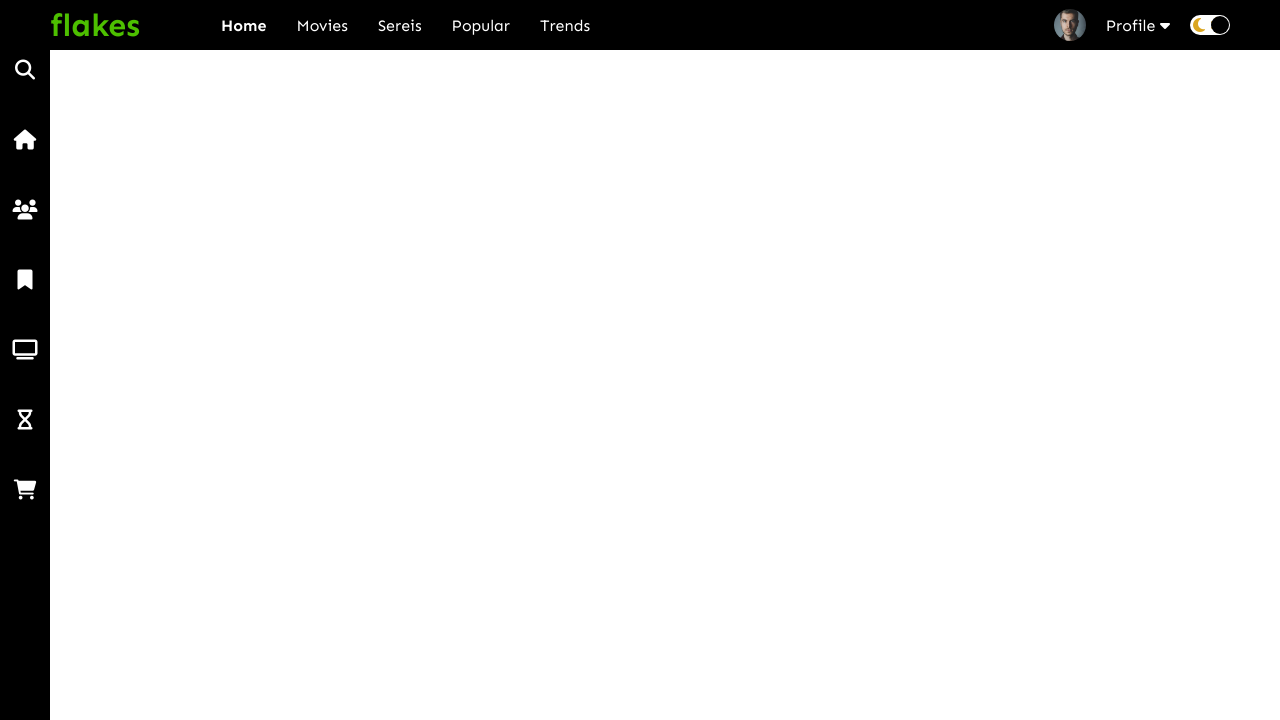
Repository: JulyK9/Movie-Website
Page: index.html
An editor plug-in stored every save of this project. The page is shown before and after the next save, followed by the edit.
The browser window is 1280 px wide. The pictures show the whole page.
Some web libraries are served in a nearby version.

Above is the page before, as saved 2022-07-03 22:31:42.

After the next save:
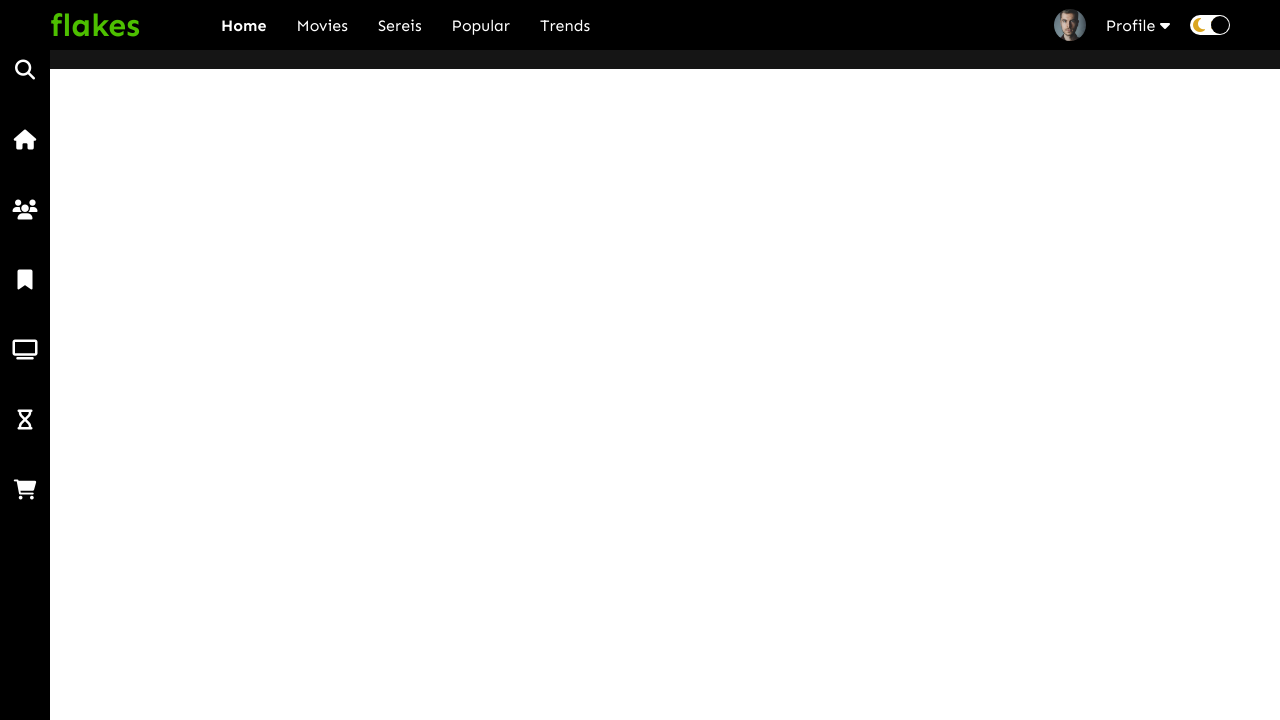
Saved 72 s later.
--- a/style.css
+++ b/style.css
@@ -112,6 +112,10 @@ body {
     margin-bottom: 50px;  /* 아이콘 간격을 얼마나 줄 것인가 */
 }
 
+.container {
+    background-color: #151515;
+}
+
 .content-container {
     color: black;
 }
